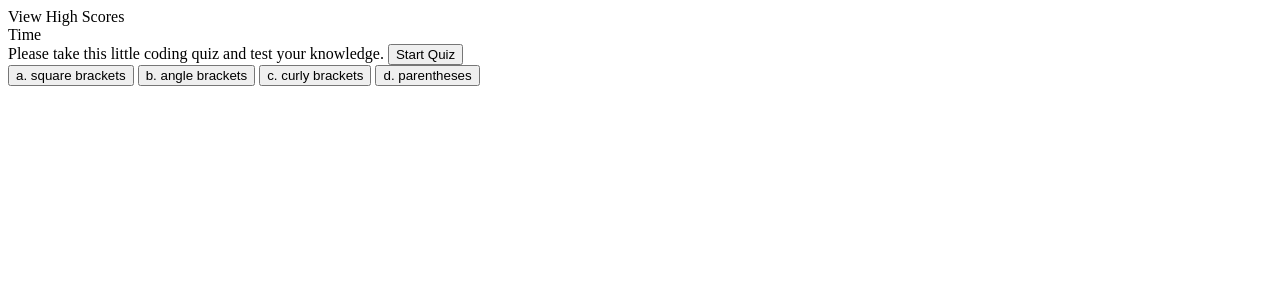
Repository: Naomilounsbury/code-quiz
Page: index.html
These files come from the project's save history. The page is drawn as it stood at one moment and after the next save; the edit follows.
The browser window is 1280 px wide. The pictures show the whole page.
After loading, the first visible `button` was clicked once.

Above is the page before, as saved 2021-11-27 11:12:56.
Console error: TypeError: Cannot set properties of null (setting 'innerText')

### index.html
<!DOCTYPE html>
<html lang="en">
<head>
    <meta charset="UTF-8">
    <meta http-equiv="X-UA-Compatible" content="IE=edge">
    <meta name="viewport" content="width=device-width, initial-scale=1.0">
    <title>Document</title>
</head>
<body>
    <!-- basic words on the page, how do i get stuff inline? -->
 <div>
     View High Scores
 </div>
 <!-- oh god I have to actually figure out how to do a timer -->
 <div class=d-inline>
     Time
 </div>
<!-- I then created a div element to introduce, maybe I'll add more to it later -->
 <div>

     Please take this little coding quiz and test your knowledge.
     <!-- I connected the button to the javascrpt woohoo -->
     <button onclick="onStartQuiz()">
         Start Quiz
     </button>
 </div>
 <!-- here is the quiz -->
 <form id="questions-form">
 <div id="question" class="question" >

     <button value="a">
         a. square brackets
     </button>
     <button value="b">
         b. angle brackets
     </button>
     <button value="c">
        c. curly brackets
     </button>
     <button value="d">
         d. parentheses
     </button>

 </div>
</form>
<script src="./assets/js/script.js"></script>
</body>
</html>

### assets/js/script.js
//I want to create an onclick function eventually
//so I'm creating my function
var onStartQuiz = function(){
    //when the quiz starts it grabs the first object in the array
    var currentQuestion = questions[0];
    //its going into the html and taking the div clas question and setting the value equal to the current question
    document.getElementById("div[class='question']").innerText = currentQuestion


   console.log("hello")
}
//making an array of questions
var questions = [
    {
        //right now the key question is a string
        question: "To create an array, what kid of brackets are used?",
        answer: "a",
        a: "square brackets",
        b: "angle brackets",
        c: "curly brackets",
        d: "parentheses",
        //an array holds a list of items and since each question is an object we need a fucking comma
    },
    {
        question: "how do you create a branch with github?",
        answer: "b",
        a: "git push",
        b: "git branch",
        c: "git checkout",
        d: "git commit",
    },
    {
        question: "To create an array, what kid of brackets are used?",
        answer: "a",
        a: "square brackets",
        b: "angle brackets",
        c: "curly brackets",
        d: "parentheses",

    }
]

After the next save:
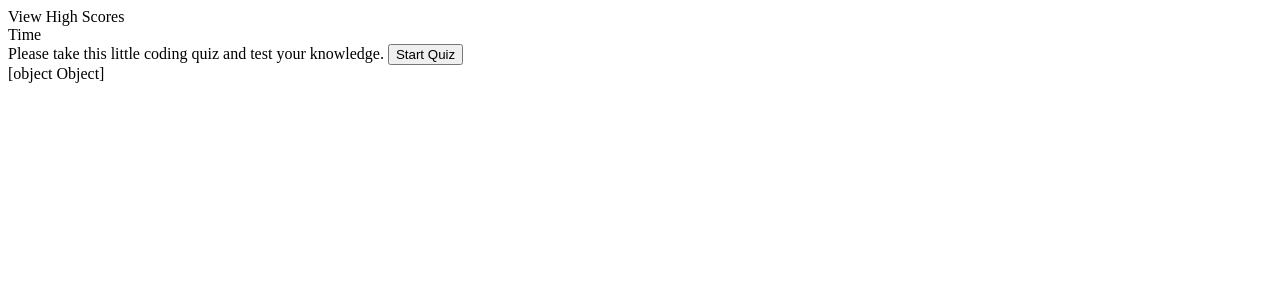
The error is gone.
Saved 24 s later.
--- a/assets/js/script.js
+++ b/assets/js/script.js
@@ -4,7 +4,7 @@ var onStartQuiz = function(){
     //when the quiz starts it grabs the first object in the array
     var currentQuestion = questions[0];
     //its going into the html and taking the div clas question and setting the value equal to the current question
-    document.getElementById("div[class='question']").innerText = currentQuestion
+    document.getElementById("question").innerText = currentQuestion
 
 
    console.log("hello")
